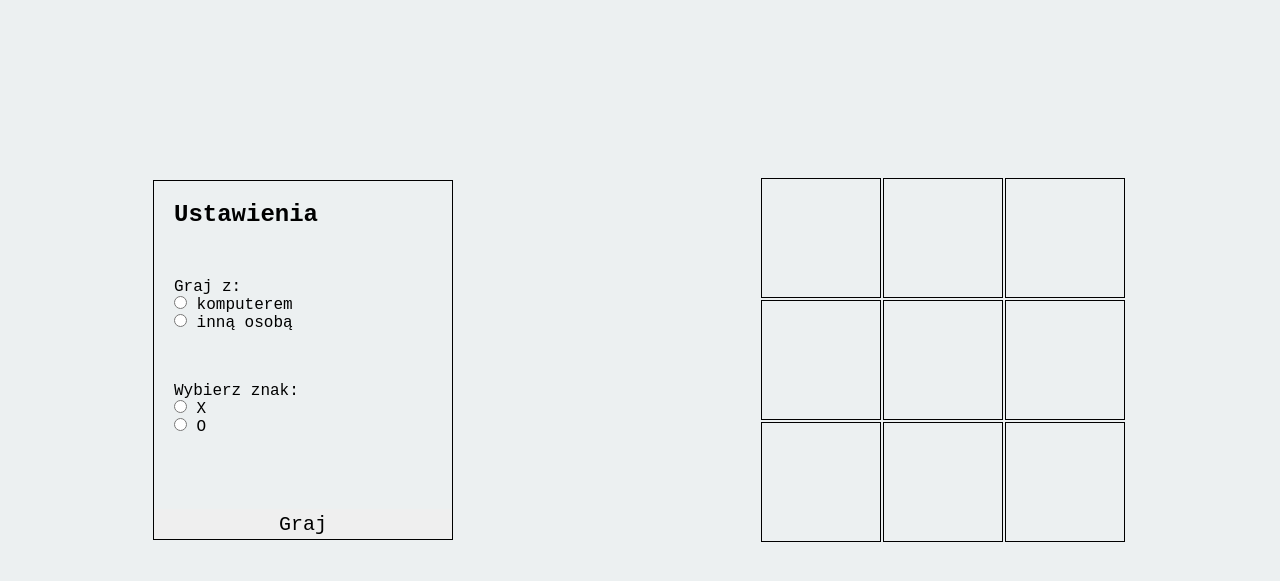
Repository: SebastianArmata22/Tic-Tac-Toe
Page: index.html
These files come from the project's save history. The page is drawn as it stood at one moment and after the next save; the edit follows.
The browser window is 1280 px wide. The pictures show the whole page.
Some web fonts or font styles are not loaded; a fallback is used.

Above is the page before, as saved 2020-11-03 14:39:28.

After the next save:
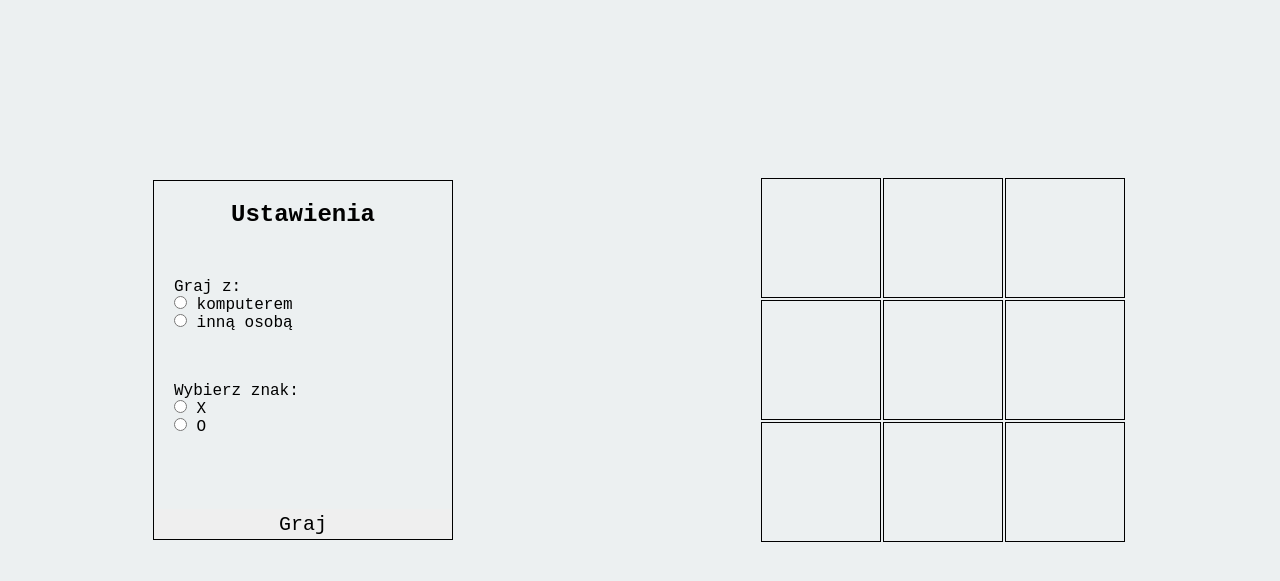
Saved 30 s later.
--- a/style.css
+++ b/style.css
@@ -33,6 +33,9 @@ transition: all 0.5s ease-out;
     width: 300px;
     padding: 20px;
 }
+.settings-div h2{
+    text-align: center;
+}
 .game-btn{
     position: absolute;
     bottom: 0;
